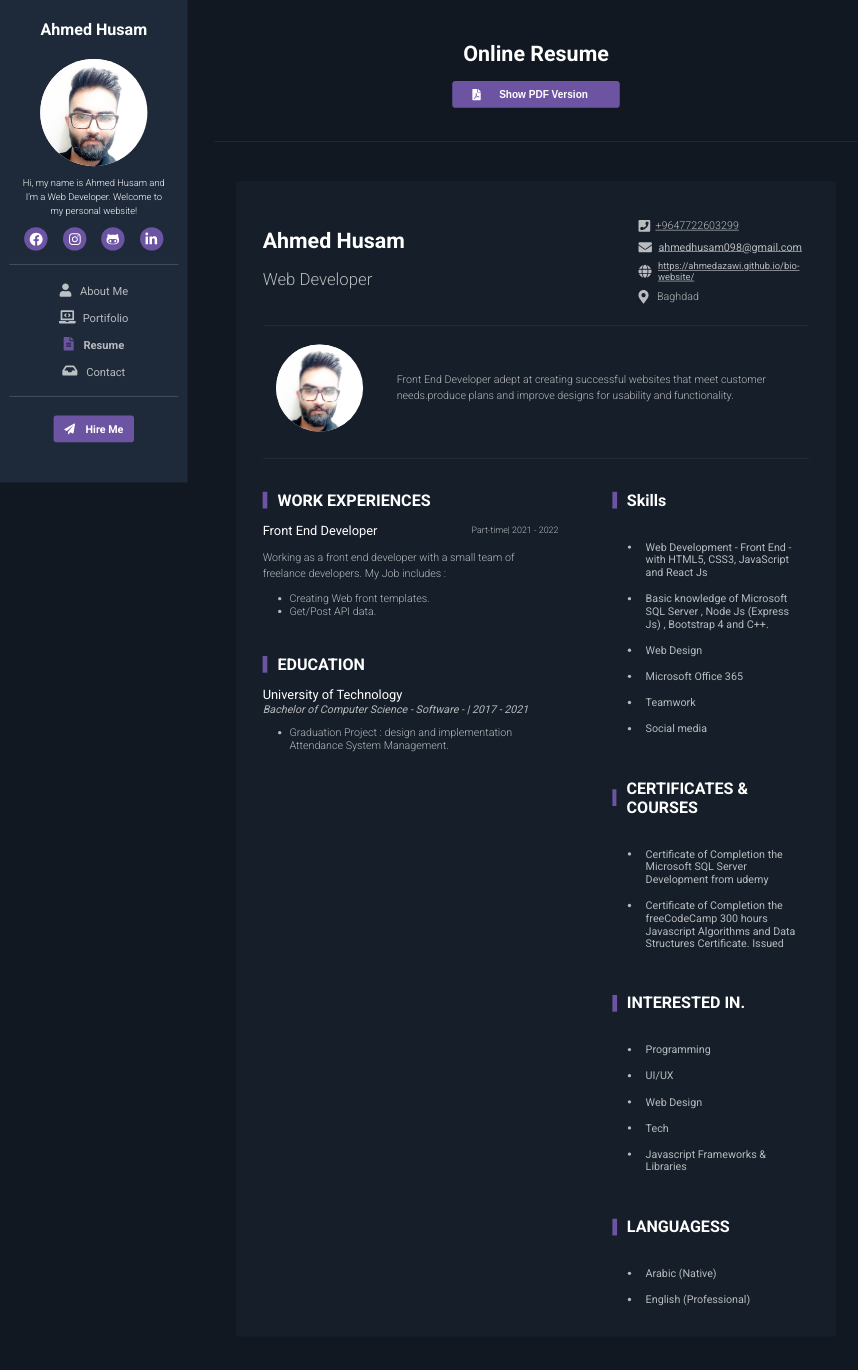
Repository: ahmedazawi/bio-website
Page: /bio-website/resume
An editor plug-in stored every save of this project. The page is shown before and after the next save, followed by the edit.
The browser window is 1280 px wide. The pictures show the whole page, at 67% of full size.
The project was rebuilt for these pictures with package versions that can differ from the ones it lists, and the page was loaded fresh each time. Also part of the build but not shown: src/assets/css/routes-files/about-me.css, src/components/home/Head.js, src/assets/css/routes-files/cards.css, src/components/home/Card.js, src/components/home/Cards.js, src/components/home/PojectsCard.js, src/components/home/Projects.js, src/views/AboutMe.js and 2 more.

Above is the page before, as saved 2022-08-05 11:34:45.

After the next save:
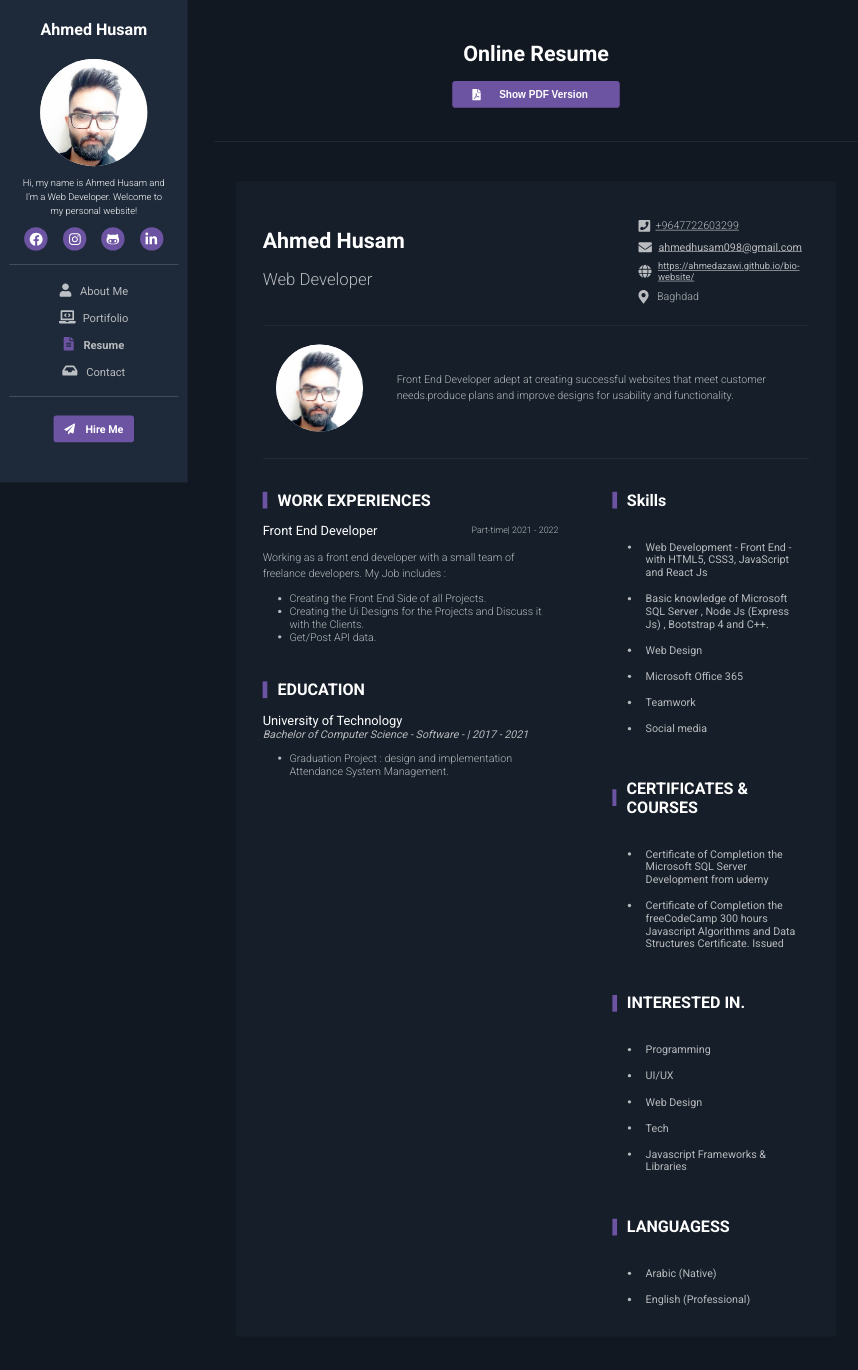
Saved 30 s later.
--- a/src/views/Resume.js
+++ b/src/views/Resume.js
@@ -163,7 +163,11 @@ const Resume = () => {
                   color: "rgb(184, 186, 189) ",
                 }}
               >
-                <li>Creating Web front templates.</li>
+                <li>Creating the Front End Side of all Projects.</li>
+                <li>
+                  Creating the Ui Designs for the Projects and Discuss it with
+                  the Clients.
+                </li>
                 <li>Get/Post API data.</li>
               </ul>
             </div>
